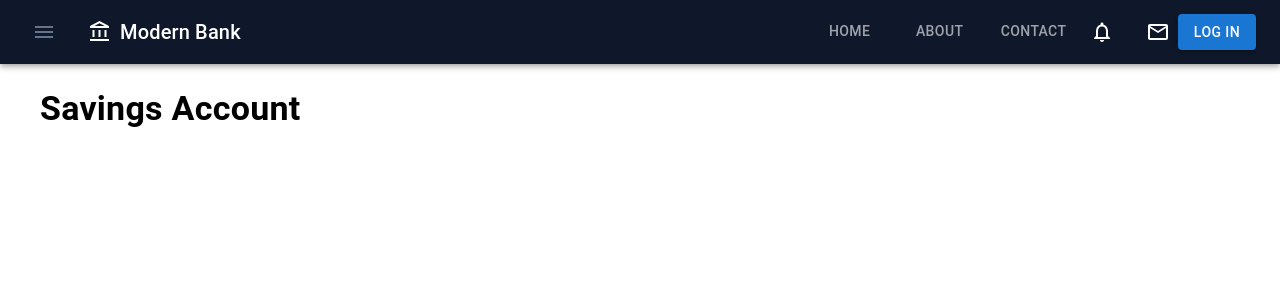
Repository: MohammadMazloum123/Moder-Bank-Full-Stack-Project
Page: /savings-account (app in Desktop/front-modernbank/front-modernbank/)
An editor plug-in stored every save of this project. The page is shown before and after a run of saves, followed by the edit.
The browser window is 1280 px wide. The pictures show the whole page.
The project was rebuilt for these pictures with package versions that can differ from the ones it lists, and the page was loaded fresh each time. Also part of the build but not shown: Desktop/front-modernbank/front-modernbank/src/components/HomePage.jsx, Desktop/front-modernbank/front-modernbank/src/transactions/NewTransaction.tsx, Desktop/front-modernbank/front-modernbank/src/transactions/TransactionsHistory.tsx.

Above is the page before, as saved 2024-11-18 17:15:25.

After the next 2 saves:
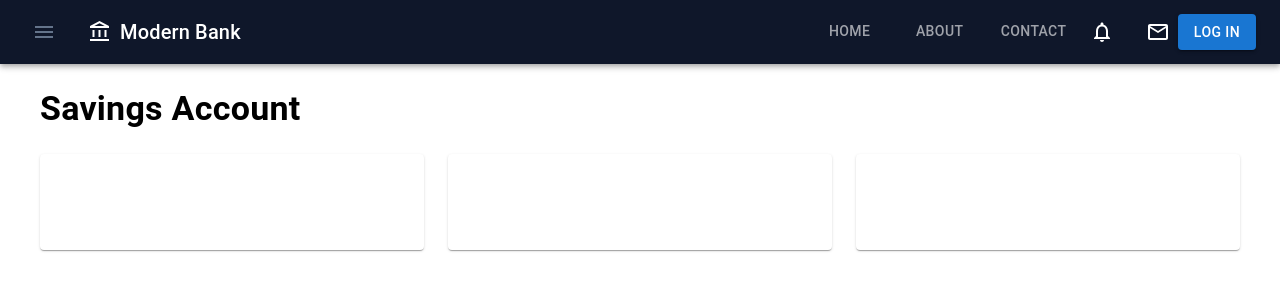
The 2 saves are shown as one change because they came seconds apart.
The last was saved 20 s later.
--- a/Desktop/front-modernbank/front-modernbank/src/savings/SavingsAccount.tsx
+++ b/Desktop/front-modernbank/front-modernbank/src/savings/SavingsAccount.tsx
@@ -58,7 +58,7 @@ return (
         <Grid container spacing={3} sx={{mb:3}}>
             {accounts.map((account) =>(
                 <Grid item xs={12} md={4} key={account.id}>
-                    <Paper sx={{display:'flex', height:'100%', flexDirection:'column'}}>
+                    <Paper sx={{display:'flex', height:'100%', flexDirection:'column', p: 3}}>
 
                     </Paper>
                 </Grid>
